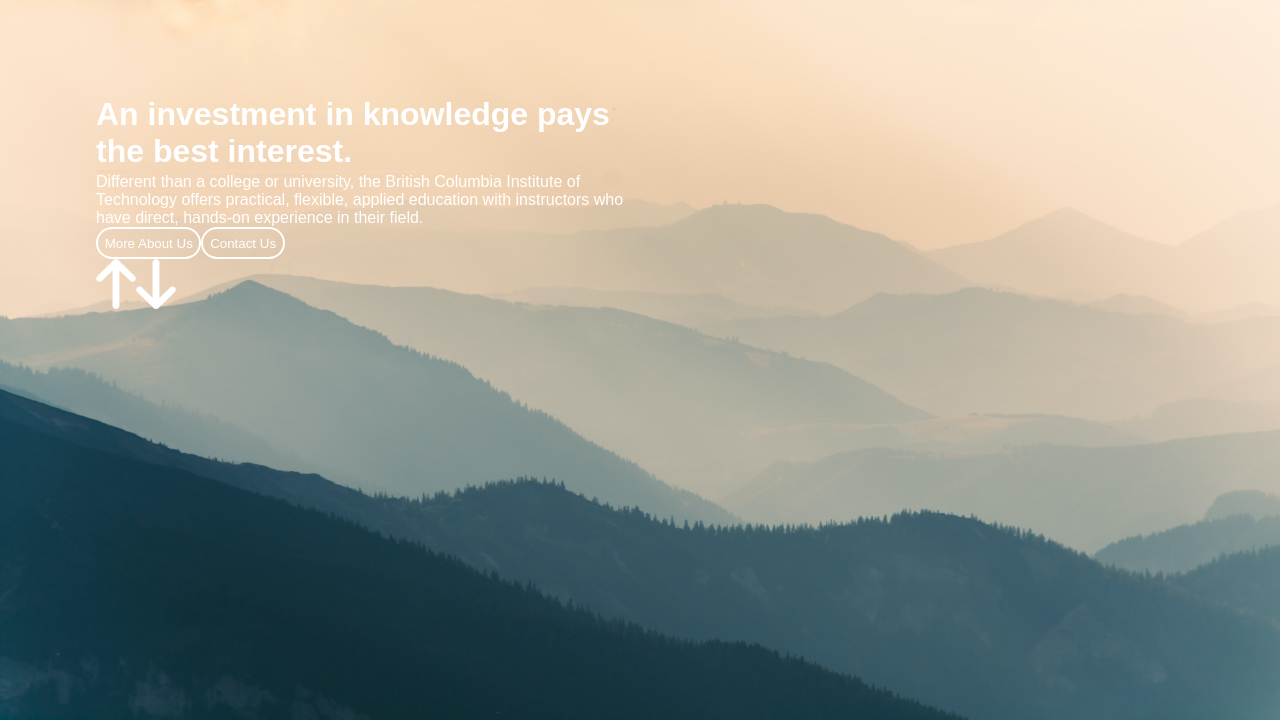
Repository: jennydmcm/assignment-1-playwright-site-A01338943
Page: /
The author's editor kept a copy of each file at every save. The page is drawn from the files as they stood at one save, then again after the next save.
The browser window is 1280 px wide. The pictures show the whole page.
The project was rebuilt for these pictures with package versions that can differ from the ones it lists, and the page was loaded fresh each time. The framework's server and built-in components were replaced by stand-ins that run in the browser. Also part of the build but not shown: next.config.js.

Above is the page before, as saved 2023-02-08 10:33:15.

After the next save:
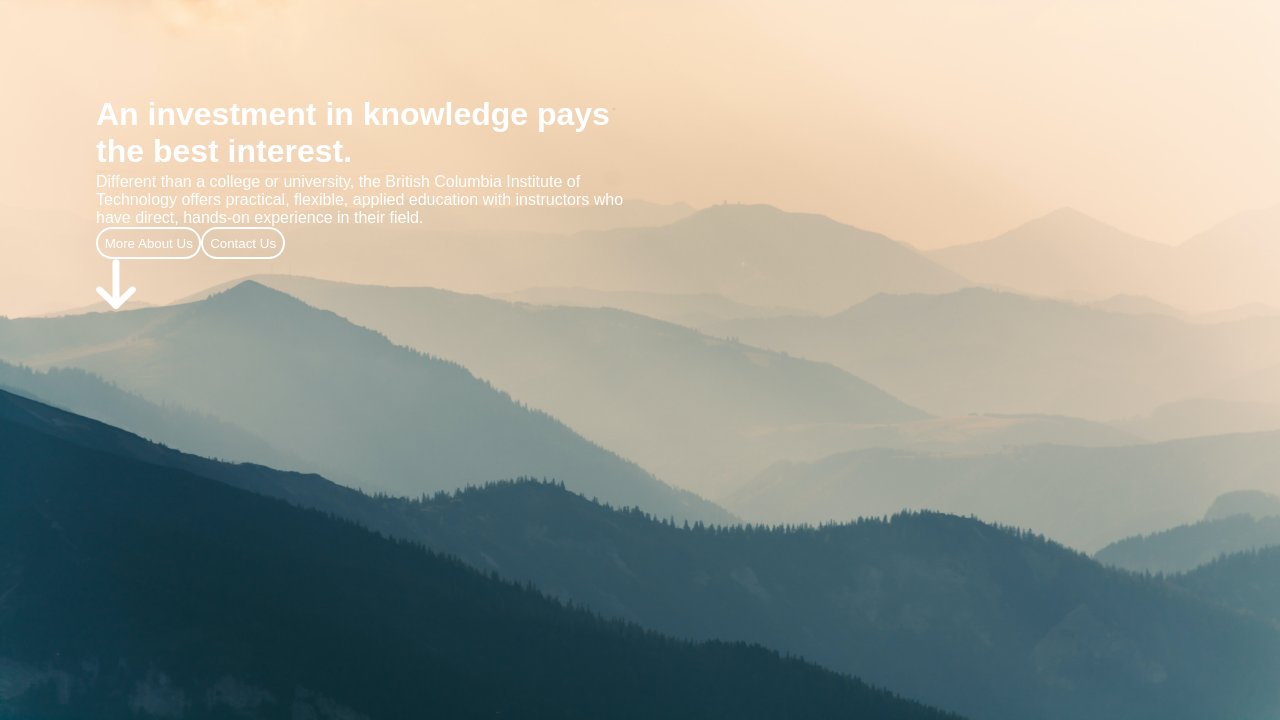
Saved 112 min 20 s later.
--- a/pages/index.js
+++ b/pages/index.js
@@ -67,7 +67,6 @@ export default function Home() {
             <span>
               <a className={styles.arrow} href="/about">
                 <span>
-                  <Image src={upArrow} width={40} height={50} />
                   <Image src={downArrow} width={40} height={50} />
                 </span>
               </a>
